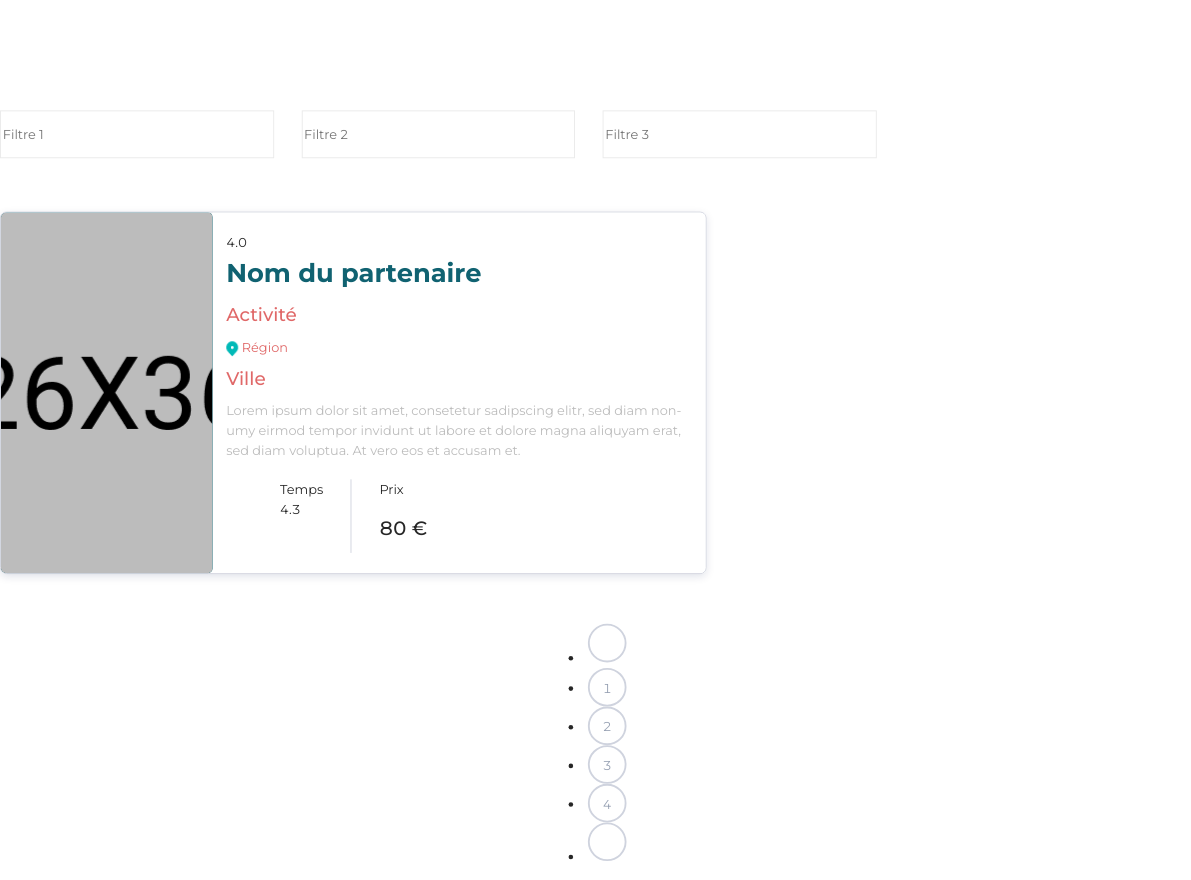
Repository: Emerson1220/projet-neofeel-lacapsule
Page: /roadPlanner (app in reactapp/)
The author's editor kept a copy of each file at every save. The page is drawn from the files as they stood at one save, then again after the next save.
The browser window is 1280 px wide. The page is 1295 px wide, so the pictures cover 1295 px, including what lies to the right of the window. The pictures show the whole page, at 92% of full size.
The project was rebuilt for these pictures with package versions that can differ from the ones it lists, and the page was loaded fresh each time. Also part of the build but not shown: reactapp/src/components/Nav.js, reactapp/src/components/RedButton.js, reactapp/src/styles/map.css, reactapp/src/components/SearchModal.js, reactapp/src/screens/ScreenHome.js.

Above is the page before, as saved 2021-05-18 15:26:18.

After the next save:
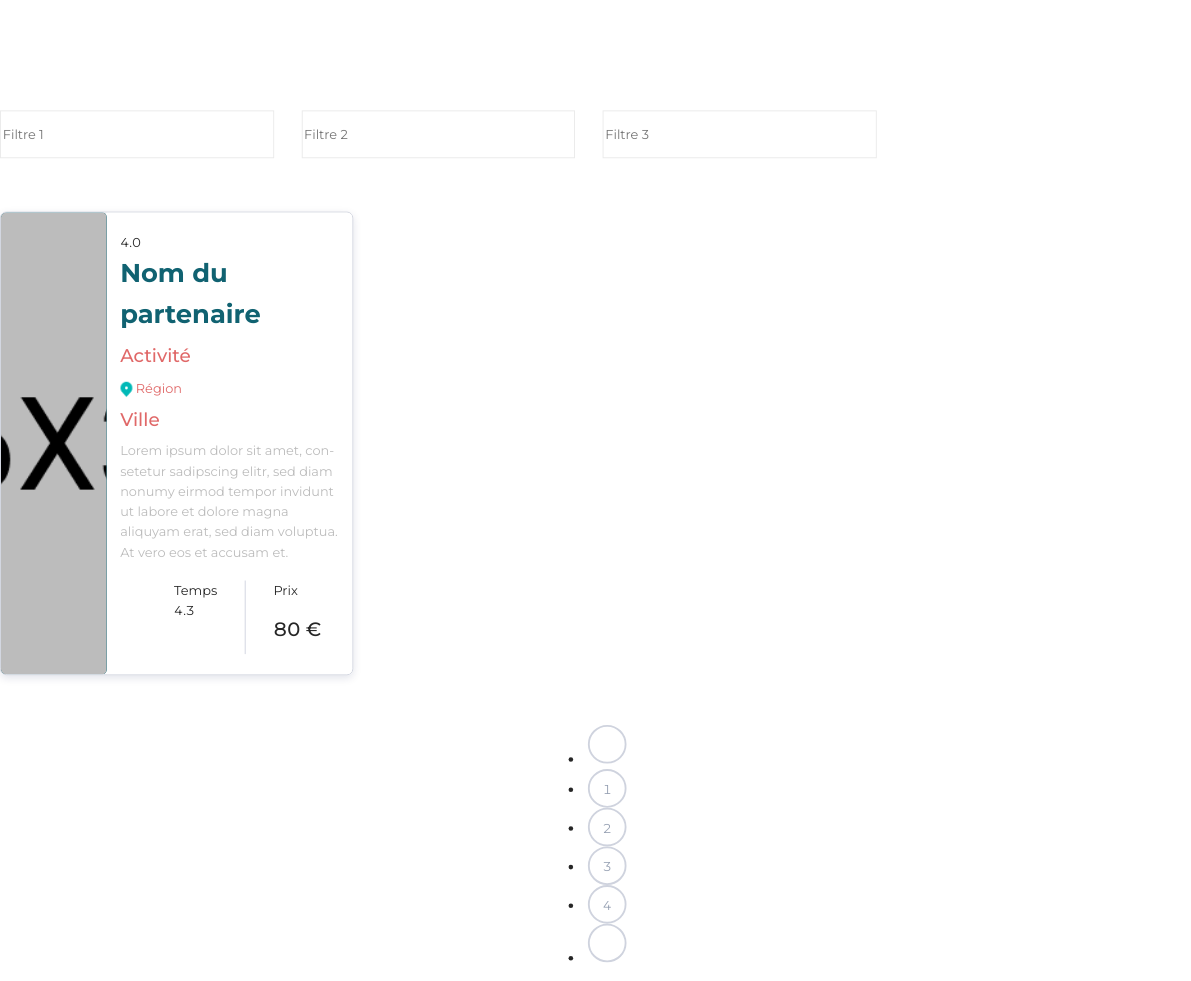
Saved 7 min 50 s later.
--- a/reactapp/src/screens/ScreenRoadPlanner.js
+++ b/reactapp/src/screens/ScreenRoadPlanner.js
@@ -210,6 +210,9 @@ let styles = {
         boxSizing: 'border-box',
         outline: 'none',
         width:'60%',
+
+        display: 'grid',
+        gridTemplateColumns: 'repeat(2, 1fr)',
     },
 
     single_destinations:{
